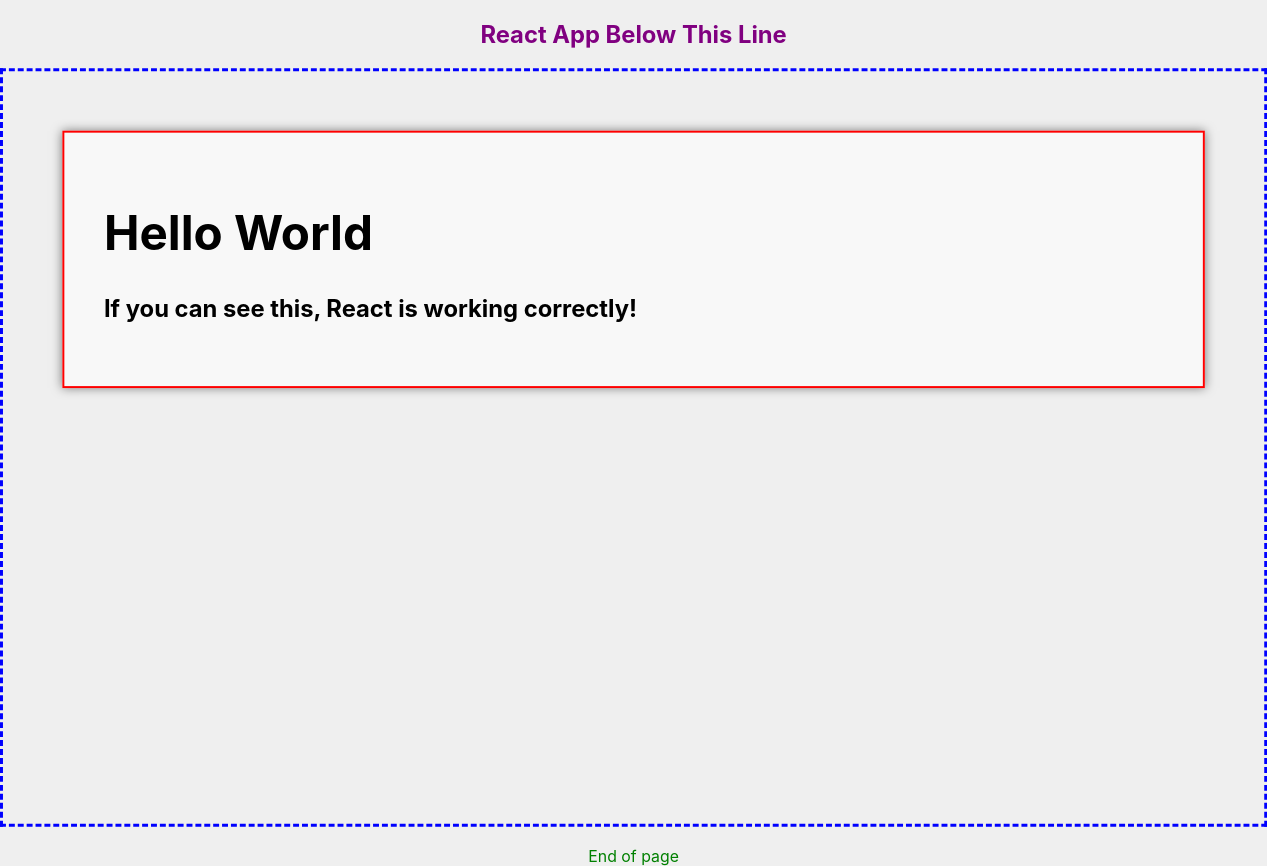
Repository: KPW-AI/react-web
Page: /
The author's editor kept a copy of each file at every save. The page is drawn from the files as they stood at one save, then again after the next save.
The browser window is 1280 px wide. The pictures show the whole page, at 99% of full size.
The project was rebuilt for these pictures with package versions that can differ from the ones it lists, and the page was loaded fresh each time.

Above is the page before, as saved 2025-03-06 17:07:26.

### public/index.html
<!DOCTYPE html>
<html lang="en">
  <head>
    <meta charset="utf-8" />
    <link rel="icon" href="%PUBLIC_URL%/favicon.ico" />
    <meta name="viewport" content="width=device-width, initial-scale=1" />
    <meta name="theme-color" content="#000000" />
    <meta
      name="description"
      content="Web site created using create-react-app"
    />
    <link rel="apple-touch-icon" href="%PUBLIC_URL%/logo192.png" />
    <!--
      manifest.json provides metadata used when your web app is installed on a
      user's mobile device or desktop. See https://developers.google.com/web/fundamentals/web-app-manifest/
    -->
    <link rel="manifest" href="%PUBLIC_URL%/manifest.json" />
    <!--
      Notice the use of %PUBLIC_URL% in the tags above.
      It will be replaced with the URL of the `public` folder during the build.
      Only files inside the `public` folder can be referenced from the HTML.

      Unlike "/favicon.ico" or "favicon.ico", "%PUBLIC_URL%/favicon.ico" will
      work correctly both with client-side routing and a non-root public URL.
      Learn how to configure a non-root public URL by running `npm run build`.
    -->
    <title>React App</title>
    <style>
      /* Fallback styles to ensure visibility */
      body {
        background-color: #f0f0f0;
      }
      #root {
        border: 3px dashed #ff0000;
        min-height: 100vh;
        padding: 20px;
      }
    </style>
  </head>
  <body>
    <noscript>You need to enable JavaScript to run this app.</noscript>
    <!-- Adding a visible header outside the React mount point -->
    <h2 style="text-align: center; color: purple;">React App Below This Line</h2>

    <div id="root">
      <!-- Fallback content in case React fails to mount -->
      <div style="padding: 20px; border: 2px solid black; margin: 20px; background-color: #fff;">
        <h3>This content should be replaced by React</h3>
        <p>If you're seeing this text, React isn't mounting properly.</p>
      </div>
    </div>

    <!-- Adding a visible footer outside the React mount point -->
    <div style="text-align: center; margin-top: 20px; color: green;">
      End of page
    </div>
    <!--
      This HTML file is a template.
      If you open it directly in the browser, you will see an empty page.

      You can add webfonts, meta tags, or analytics to this file.
      The build step will place the bundled scripts into the <body> tag.

      To begin the development, run `npm start` or `yarn start`.
      To create a production bundle, use `npm run build` or `yarn build`.
    -->
  </body>
</html>

### src/index.js
import React from 'react';
import ReactDOM from 'react-dom';
import './index.css';
import App from './App';

// Clear any service workers to prevent caching issues
if ('serviceWorker' in navigator) {
  navigator.serviceWorker.getRegistrations().then(function(registrations) {
    for(let registration of registrations) {
      registration.unregister();
    }
  });
}

// Log environment information
console.log('Browser: ' + navigator.userAgent);
console.log('index.js executing');
console.log('Checking for root element:', document.getElementById('root'));

try {
  ReactDOM.render(<App />, document.getElementById('root'));
  console.log('ReactDOM.render called successfully');
} catch (error) {
  console.error('Error rendering React app:', error);

  // Add a fallback rendering as a last resort
  const rootElement = document.getElementById('root');
  if (rootElement) {
    rootElement.innerHTML = `
      <div style="padding: 40px; border: 4px solid red; margin: 20px; background-color: #fff; font-size: 24px;">
        <h1>React Failed to Render</h1>
        <p>Error: ${error.message}</p>
        <p>See console for details.</p>
      </div>
    `;
  }
}

### src/index.css
body {
  margin: 0;
  padding: 0;
  font-family: -apple-system, BlinkMacSystemFont, 'Segoe UI', 'Roboto', 'Oxygen',
    'Ubuntu', 'Cantarell', 'Fira Sans', 'Droid Sans', 'Helvetica Neue',
    sans-serif;
  -webkit-font-smoothing: antialiased;
  -moz-osx-font-smoothing: grayscale;
  background-color: #efefef;
}

#root {
  border: 3px dashed blue;
  min-height: 100vh;
}

### src/App.js
import React from 'react';

function App() {
  const value = 'World';

  const styles = {
    container: {
      padding: '40px',
      margin: '40px',
      border: '2px solid red',
      backgroundColor: '#f8f8f8',
      fontSize: '24px',
      color: 'black',
      fontWeight: 'bold',
      boxShadow: '0 0 10px rgba(0,0,0,0.5)'
    }
  };

  console.log('App component rendering');

  return (
    <div style={styles.container}>
      <h1>Hello {value}</h1>
      <p>If you can see this, React is working correctly!</p>
    </div>
  );
}

export default App;

### src/MinimalApp.js
import React from 'react';

function MinimalApp() {
  return (
    <div style={{
      padding: '20px',
      margin: '20px',
      backgroundColor: 'lightblue',
      border: '2px solid blue',
      borderRadius: '8px',
      fontSize: '18px'
    }}>
      <h2>Minimal App</h2>
      <p>This is a minimal React component with inline styles.</p>
    </div>
  );
}

export default MinimalApp;

After the next save:
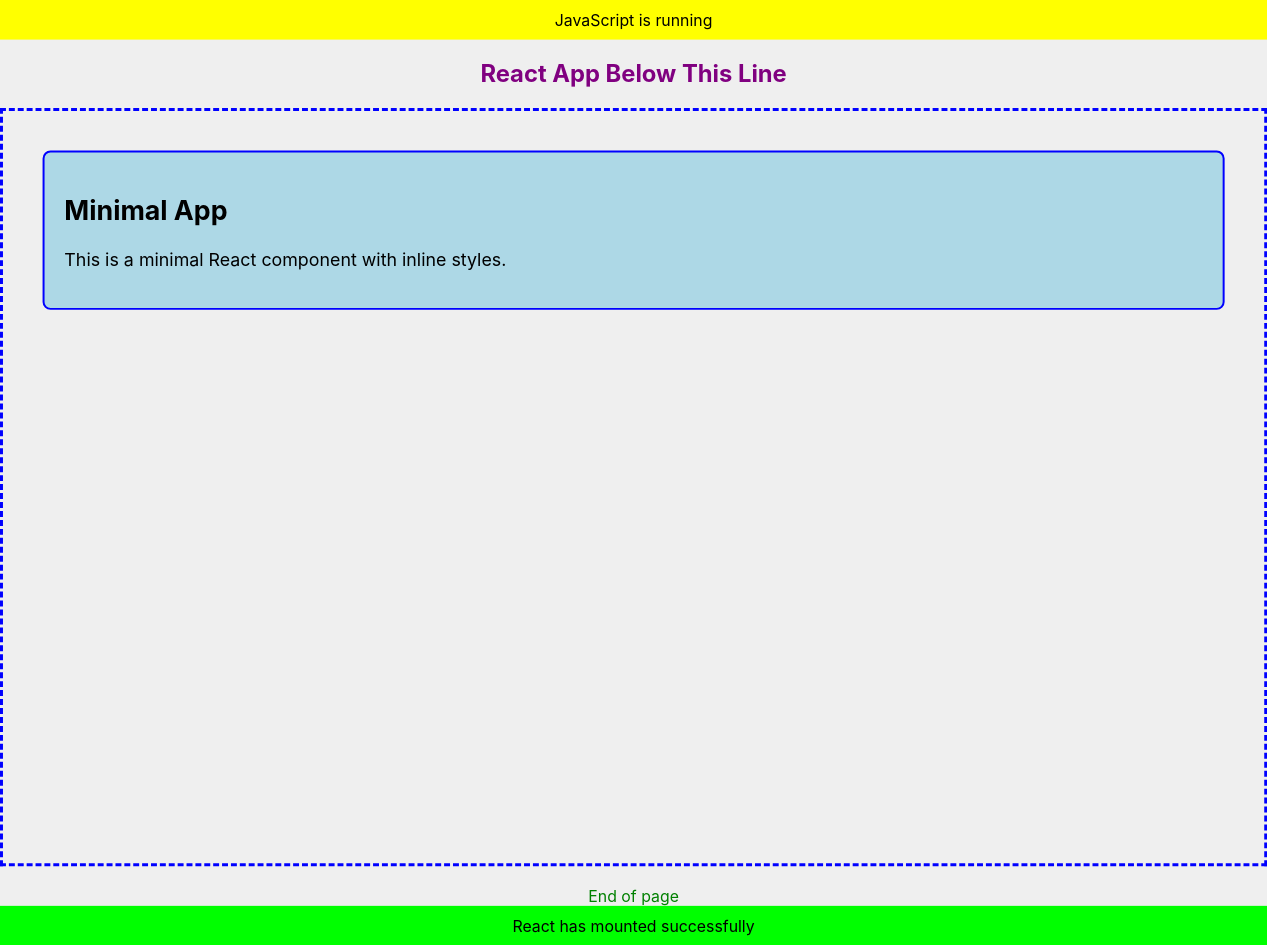
Saved 15 s later.
--- a/src/index.js
+++ b/src/index.js
@@ -1,7 +1,13 @@
 import React from 'react';
 import ReactDOM from 'react-dom';
 import './index.css';
-import App from './App';
+// Import the minimal app instead of the regular one
+import MinimalApp from './MinimalApp';
+
+// Show when the script is executing
+document.body.insertAdjacentHTML('afterbegin',
+  '<div style="background:yellow;padding:10px;text-align:center">JavaScript is running</div>'
+);
 
 // Clear any service workers to prevent caching issues
 if ('serviceWorker' in navigator) {
@@ -18,8 +24,14 @@
 console.log('Checking for root element:', document.getElementById('root'));
 
 try {
-  ReactDOM.render(<App />, document.getElementById('root'));
+  // Try rendering the minimal app
+  ReactDOM.render(<MinimalApp />, document.getElementById('root'));
   console.log('ReactDOM.render called successfully');
+
+  // Add a visible indicator that React has mounted
+  document.body.insertAdjacentHTML('beforeend',
+    '<div style="background:lime;padding:10px;text-align:center">React has mounted successfully</div>'
+  );
 } catch (error) {
   console.error('Error rendering React app:', error);
 
